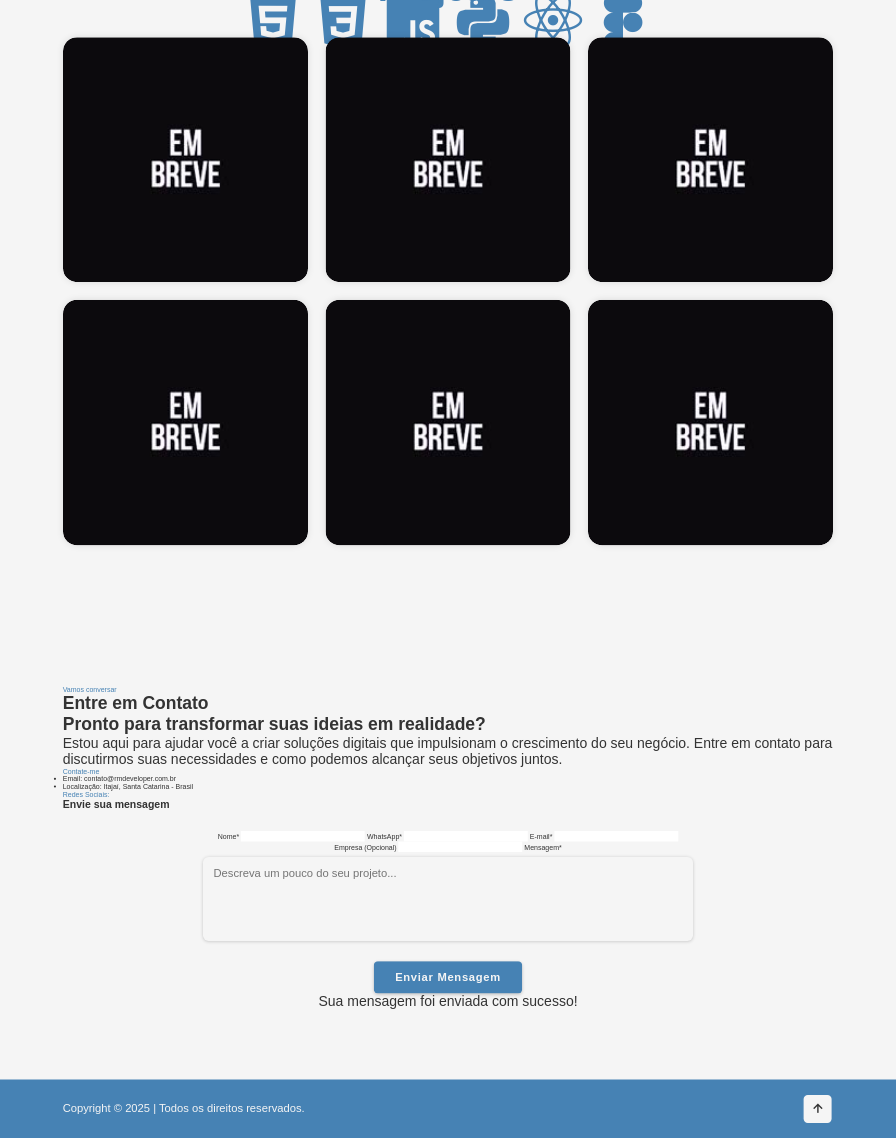
Repository: AliciaKathleen/portfolio-2025
Page: index.html
The author's editor kept a copy of each file at every save. The page is drawn from the files as they stood at one save, then again after the next save.
The browser window is 1280 px wide. The pictures show the part of the page from y = 2533 to 4453 px (the page is 4159 px tall before and 4453 px after), at 70% of full size.

Above is the page before, as saved 2025-01-27 18:36:54.
Console error: TypeError: Cannot read properties of null (reading 'classList')

### index.html
<!DOCTYPE html>
<html lang="en">
<head>
    <meta charset="UTF-8">
    <meta http-equiv="X-UA-Compatible" content="IE=edge">
    <meta name="viewport" content="width=device-width, initial-scale=1.0">
    <link rel="stylesheet" href="https://cdn.jsdelivr.net/npm/swiper@9/swiper-bundle.min.css" />
    <link href='https://unpkg.com/boxicons@2.1.4/css/boxicons.min.css' rel='stylesheet'>
    <link rel="stylesheet" href="style.css">
    <title>Alícia Kathleen</title>
</head>
<body>
    <header class="header">
        <a href="#" class="logo">Alícia Kathleen</a>

        <nav class="navbar">
            <a href="#home" class="active">Home</a>
            <a href="#about">Sobre</a>
            <a href="#services">Serviços</a>
            <a href="#portfolio">Projetos</a>
            <a href="#contact">Contato</a>
        </nav>

        <div class="bx bx-moon" id="darkMode-icon"></div>
        <div class="bx bx-menu" id="menu-icon"></div>
    </header>

    <section class="home" id="home">
        <div class="home-content">
            <h3>Olá, eu sou</h3>
            <h1>Alícia Kathleen</h1>
            <p>
                Sou uma desenvolvedora Front-End apaixonada por criar interfaces modernas e funcionais, unindo criatividade e tecnologia para proporcionar experiências digitais únicas. Com uma trajetória inicial no design gráfico, utilizo meu olhar apurado para detalhes e usabilidade para transformar ideias em projetos visuais impactantes. Estou sempre buscando aprender e crescer com novos desafios.
            </p>
            <div class="social-media">
                <a href="#"><i class='bx bxl-linkedin'></i></a>
                <a href="#"><i class='bx bxl-github'></i></a>
            </div>

            <a href="#" class="btn">CURRÍCULO</a>
        </div>

        <div class="profession-container">
            <div class="profession-box">
            </div>
            <div class="overlay"></div>
        </div>

        <div class="home-img">
            <img src="" alt="">
        </div>
    </section>

    <section class="about" id="about">
        <div class="about-img">
            <img src="images/portfolio.jpg" alt="">
        </div>

        <div class="about-content">
            <h2 class="heading">Sobre <span>Mim</span></h2>
            <h3>
                Olá! Seja bem-vindo(a) ao meu portfólio! Sou uma desenvolvedora Front-End apaixonada por criar soluções digitais modernas e funcionais. Amo aprender novas tecnologias, resolver problemas com código e transformar ideias em projetos reais.
            </h3>
            <p>
                Aqui você vai encontrar alguns dos meus trabalhos, além de conhecer um pouco mais sobre minha trajetória no desenvolvimento web. Estou sempre em busca de novos desafios e oportunidades para crescer e evoluir como profissional.
            </p>
            <p>
                Sinta-se à vontade para explorar meu portfólio!
            </p>
        </div>
    </section>

    <section class="services" id="services">
        <h2 class="heading">Explore Meus <span>Trabalhos</span></h2>
        <div class="services-container">
            <div class="services-box">
                <i class='bx bx-code-alt'></i>
                <h3>Soluções Web Modernas</h3>
                <p>Criação de sites únicos e otimizados, que unem design moderno e funcionalidade para atender às suas necessidades e destacar sua marca na web.</p>
            </div>
            <div class="services-box">
                <i class='bx bxs-paint'></i>
                <h3>Design Responsivo</h3>
                <p>Desenvolvo sites que se adaptam perfeitamente a qualquer dispositivo, garantindo acessibilidade e uma navegação fluida para todos os usuários.</p>
            </div>
            <div class="services-box">
                <i class='bx bx-brain'></i>
                <h3>Integração de Apis</h3>
                <p>Integração de APIs para adicionar funcionalidades avançadas ao seu site ou aplicativo, conectando-o a serviços externos de maneira eficiente e sem fricções.</p>
            </div>
            <div class="services-box">
                <i class='bx bx-support'></i>
                <h3>Suporte</h3>
                <p>Ofereço suporte técnico para garantir que seu site esteja sempre atualizado, funcionando perfeitamente e alinhado às suas necessidades.</p>
            </div>
            <div class="services-box">
                <i class='bx bx-objects-vertical-bottom'></i>
                <h3>Estratégias de SEO</h3>
                <p>Técnicas de SEO personalizadas para aumentar a visibilidade do site e atrair mais tráfego qualificado.</p>
            </div>
            <div class="services-box">
                <i class='bx bx-bar-chart-alt'></i>
                <h3>Projetos Escaláveis</h3>
                <p>Desenvolvo soluções web com foco na escalabilidade, garantindo que seu site cresça de acordo com a evolução do seu negócio.

                </p>
            </div>
        </div>
    </section>

    <section class="resume-detail skills" id="skills">
        <h2 class="heading"><span>Skills</span></h2>
        <div class="resume-list">
            <div class="skills-container">
                <p>
                    Com sólidos conhecimentos em HTML, CSS e JavaScript, estou sempre em busca de tecnologias avançadas e boas práticas para oferecer experiências de usuário únicas e funcionais. Tenho experiência com frameworks modernos como React, além de trabalhar com integração de APIs e otimização de desempenho. Sempre em constante evolução, estou sempre aprendendo novas ferramentas e técnicas para melhorar meus projetos e entregar soluções inovadoras.
                </p>
                <div class="resume-items">
                    <div class="resume-item">
                        <i class='bx bxl-html5'></i>
                        <span>HTML</span>
                    </div>
                    <div class="resume-item">
                        <i class='bx bxl-css3'></i>
                        <span>CSS3</span>
                    </div>
                    <div class="resume-item">
                        <i class='bx bxl-javascript'></i>
                        <span>JavaScript</span>
                    </div>
                    <div class="resume-item">
                        <i class='bx bxl-python'></i>
                        <span>Python</span>
                    </div>
                    <div class="resume-item">
                        <i class='bx bxl-react'></i>
                        <span>ReactJS</span>
                    </div>
                    <div class="resume-item">
                        <i class='bx bxl-figma'></i>
                        <span>Figma</span>
                    </div>
                </div>
            </div>
        </div>
    </section>

    <section class="portfolio" id="portfolio">
        <h2 class="heading">Veja soluções reais <br> <span>Projetos</span></h2>

        <div class="portfolio-container">
            <div class="portfolio-box">
                <img src="images/portfolio.jpg" alt="">

                <div class="portfolio-layer">
                    <h4>Web Design</h4>
                    <p>Lorem ipsum dolor sit amet consectetur adipisicing elit. Similique, ipsam est.</p>
                    <a href="#"><i class='bx bx-link-external'></i></a>
                </div>
            </div>
            <div class="portfolio-box">
                <img src="images/portfolio.jpg" alt="">

                <div class="portfolio-layer">
                    <h4>Projeto em construção</h4>
                    <p>Em breve...</p>
                    <a href="#"><i class='bx bx-link-external'></i></a>
                </div>
            </div>
            <div class="portfolio-box">
                <img src="images/portfolio.jpg" alt="">

                <div class="portfolio-layer">
                    <h4>Projeto em construção</h4>
                    <p>Em breve...</p>
                    <a href="#"><i class='bx bx-link-external'></i></a>
                </div>
            </div>
            <div class="portfolio-box">
                <img src="images/portfolio.jpg" alt="">

                <div class="portfolio-layer">
                    <h4>Projeto em construção</h4>
                    <p>Em breve...</p>
                    <a href="#"><i class='bx bx-link-external'></i></a>
                </div>
            </div>
            <div class="portfolio-box">
                <img src="images/portfolio.jpg" alt="">

                <div class="portfolio-layer">
                    <h4>Projeto em construção</h4>
                    <p>Em breve...</p>
                    <a href="#"><i class='bx bx-link-external'></i></a>
                </div>
            </div>
            <div class="portfolio-box">
                <img src="images/portfolio.jpg" alt="">

                <div class="portfolio-layer">
                    <h4>Projeto em construção</h4>
                    <p>Em breve...</p>
                    <a href="#"><i class='bx bx-link-external'></i></a>
                </div>
            </div>
        </div>
    </section>

    <section id="contact" class="contact">
        <div class="container-contact">
            <div class="headline" data-aos="fade-up" data-aos-delay="100">
                <span class="destaque">Vamos conversar</span>
                <h1>Entre em Contato</h1>
            </div>
            <div class="content-contact">
                <div class="left-contact" data-aos="fade-right" data-aos-delay="200">
                    <div class="text-contact">
                        <h1>Pronto para transformar suas ideias em realidade?</h1>
                        <p>Estou aqui para ajudar você a criar soluções digitais que impulsionam o crescimento do seu negócio. Entre em contato para discutirmos suas necessidades e como podemos alcançar seus objetivos juntos.</p>
                    </div>
                    <div class="list-contact">
                        <span class="destaque">Contate-me</span>
                        <div class="container-list">
                            <ul>
                                <li><i class="fa-solid fa-envelope"></i> Email: contato@rmdeveloper.com.br</li>
                                <li><i class="fa-solid fa-map-marker-alt"></i> Localização: Itajaí, Santa Catarina - Brasil</li>
                            </ul>
                        </div>
                    </div>
                    <div class="redes-sociais-contato">
                        <span class="destaque">Redes Sociais:</span>
                        <a href="https://github.com/RicardoMouraa" target="_blank"><i class="fab fa-github"></i></a>
                        <a href="https://www.linkedin.com/in/ricardomouradev/" target="_blank"><i class="fab fa-linkedin"></i></a>
                        <a href="https://www.tiktok.com/@riicardomoura" target="_blank"><i class="fab fa-tiktok"></i></a>
                        <a href="https://www.instagram.com/riicardomoura/" target="_blank"><i class="fab fa-instagram"></i></a>
                    </div>
                </div>

                <div class="right-contact" data-aos="fade-left" data-aos-delay="300">
                    <h2>Envie sua mensagem</h2>
                    <form id="contact-form">
                        <label for="name">Nome*</label>
                        <input type="text" name="user_name" required>

                        <label for="whatsapp">WhatsApp*</label>
                        <input type="tel" name="user_phone" required>

                        <label for="email">E-mail*</label>
                        <input type="email" name="user_email" required>

                        <label for="company">Empresa (Opcional)</label>
                        <input type="text" name="subject">

                        <label for="message">Mensagem*</label>
                        <textarea rows="5" name="message" required placeholder="Descreva um pouco do seu projeto..."></textarea>

                        <button type="submit" class="btn">Enviar Mensagem</button>
                        <p id="form-success" class="success-message">Sua mensagem foi enviada com sucesso!</p>
                    </form>
                </div>
            </div>
        </div>
    </section>
    <footer class="footer">
        <div class="footer-text">
            <p>Copyright &copy; 2025 | Todos os direitos reservados.</p>
        </div>

        <div class="footer-iconTop">
            <a href="#home"><i class='bx bx-up-arrow-alt'></i></a>
        </div>
    </footer>

    <script src="https://unpkg.com/scrollreveal"></script>
    <script src="https://cdn.jsdelivr.net/npm/swiper@9/swiper-bundle.min.js"></script>
    <script src="script.js"></script>
</body>
</html>

Loaded but not shown: script.js (67 lines, source omitted); style.css (926 lines, source omitted)

After the next save:
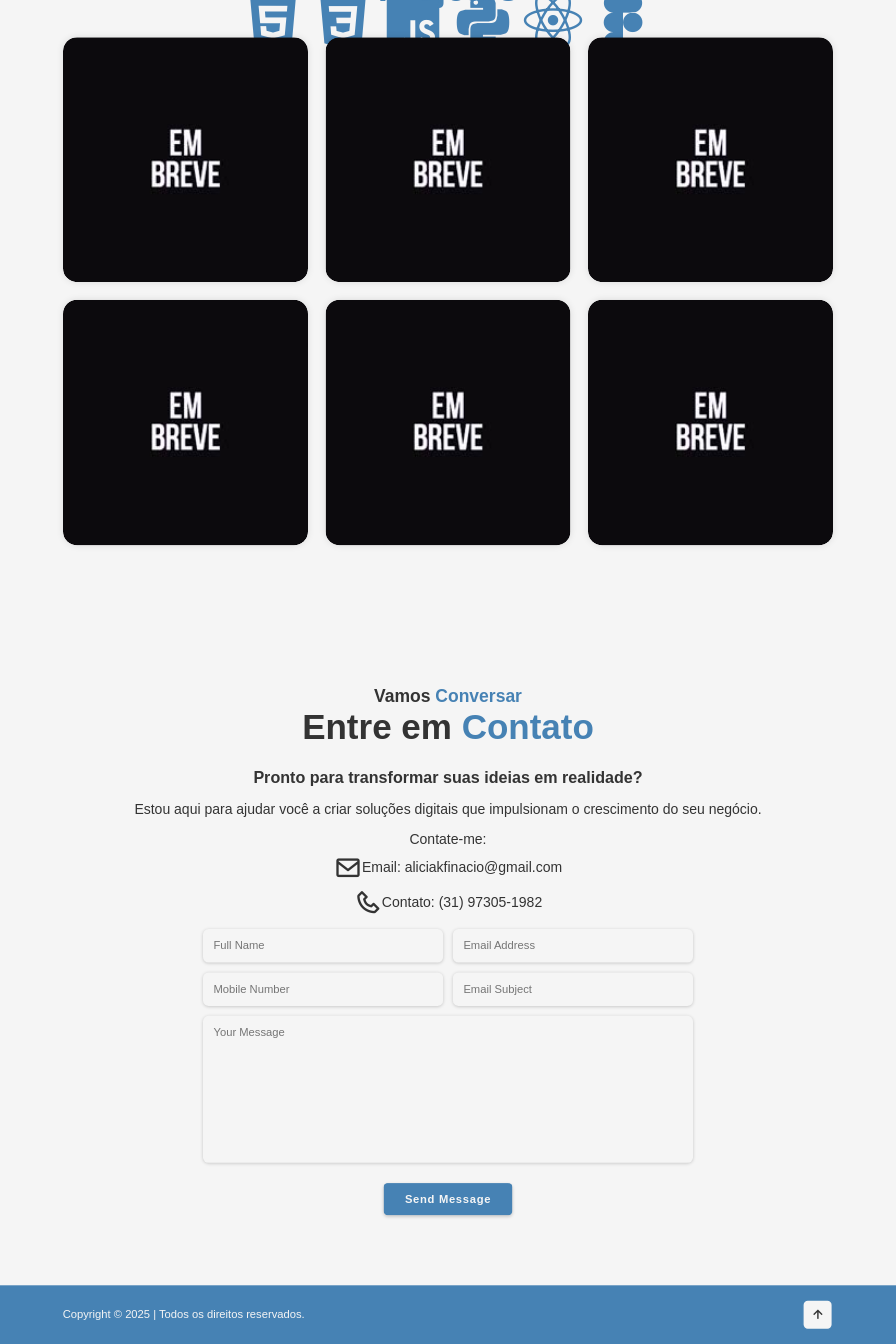
Saved 11 s later.
--- a/index.html
+++ b/index.html
@@ -206,61 +206,37 @@
         </div>
     </section>
 
-    <section id="contact" class="contact">
-        <div class="container-contact">
-            <div class="headline" data-aos="fade-up" data-aos-delay="100">
-                <span class="destaque">Vamos conversar</span>
-                <h1>Entre em Contato</h1>
-            </div>
-            <div class="content-contact">
-                <div class="left-contact" data-aos="fade-right" data-aos-delay="200">
-                    <div class="text-contact">
-                        <h1>Pronto para transformar suas ideias em realidade?</h1>
-                        <p>Estou aqui para ajudar você a criar soluções digitais que impulsionam o crescimento do seu negócio. Entre em contato para discutirmos suas necessidades e como podemos alcançar seus objetivos juntos.</p>
-                    </div>
-                    <div class="list-contact">
-                        <span class="destaque">Contate-me</span>
-                        <div class="container-list">
-                            <ul>
-                                <li><i class="fa-solid fa-envelope"></i> Email: contato@rmdeveloper.com.br</li>
-                                <li><i class="fa-solid fa-map-marker-alt"></i> Localização: Itajaí, Santa Catarina - Brasil</li>
-                            </ul>
-                        </div>
-                    </div>
-                    <div class="redes-sociais-contato">
-                        <span class="destaque">Redes Sociais:</span>
-                        <a href="https://github.com/RicardoMouraa" target="_blank"><i class="fab fa-github"></i></a>
-                        <a href="https://www.linkedin.com/in/ricardomouradev/" target="_blank"><i class="fab fa-linkedin"></i></a>
-                        <a href="https://www.tiktok.com/@riicardomoura" target="_blank"><i class="fab fa-tiktok"></i></a>
-                        <a href="https://www.instagram.com/riicardomoura/" target="_blank"><i class="fab fa-instagram"></i></a>
-                    </div>
-                </div>
-
-                <div class="right-contact" data-aos="fade-left" data-aos-delay="300">
-                    <h2>Envie sua mensagem</h2>
-                    <form id="contact-form">
-                        <label for="name">Nome*</label>
-                        <input type="text" name="user_name" required>
-
-                        <label for="whatsapp">WhatsApp*</label>
-                        <input type="tel" name="user_phone" required>
-
-                        <label for="email">E-mail*</label>
-                        <input type="email" name="user_email" required>
-
-                        <label for="company">Empresa (Opcional)</label>
-                        <input type="text" name="subject">
-
-                        <label for="message">Mensagem*</label>
-                        <textarea rows="5" name="message" required placeholder="Descreva um pouco do seu projeto..."></textarea>
-
-                        <button type="submit" class="btn">Enviar Mensagem</button>
-                        <p id="form-success" class="success-message">Sua mensagem foi enviada com sucesso!</p>
-                    </form>
-                </div>
-            </div>
-        </div>
-    </section>
+    <section class="contact" id="contact">
+        <h1 class="heading">Vamos <span>Conversar</span></h1>
+        <h2 class="heading">Entre em <span>Contato</span></h2>
+
+        <h3 class="heading">Pronto para transformar suas ideias em realidade?</h3>
+        <p class="heading">Estou aqui para ajudar você a criar soluções digitais que impulsionam o crescimento do seu negócio.</p>
+
+        <p class="contact-me">Contate-me:</p>
+        <div class="contact-me">
+            <i class='bx bx-envelope' ></i>
+            <p>Email: aliciakfinacio@gmail.com</p>
+        </div>
+        <div class="contact-me">
+            <i class='bx bx-phone'></i>
+            <p>Contato: (31) 97305-1982</p>
+        </div>
+
+        <form action="#">
+            <div class="input-box">
+                <input type="text" placeholder="Full Name">
+                <input type="email" placeholder="Email Address">
+            </div>
+            <div class="input-box">
+                <input type="number" placeholder="Mobile Number">
+                <input type="text" placeholder="Email Subject">
+            </div>
+            <textarea name="" id="" cols="30" rows="10" placeholder="Your Message"></textarea>
+            <input type="submit" value="Send Message" class="btn">
+        </form>
+    </section>
+
     <footer class="footer">
         <div class="footer-text">
             <p>Copyright &copy; 2025 | Todos os direitos reservados.</p>
